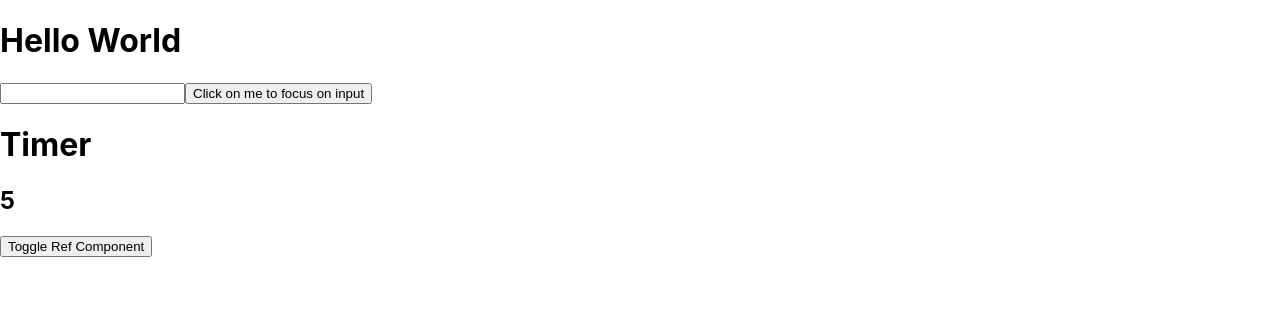
Repository: Aakash20bhatt/LearnReact
Page: / (app in machine-coding/)
An editor plug-in stored every save of this project. The page is shown before and after the next save, followed by the edit.
The browser window is 1280 px wide. The pictures show the whole page.
The project was rebuilt for these pictures with package versions that can differ from the ones it lists, and the page was loaded fresh each time. Also part of the build but not shown: machine-coding/src/App.css.

Above is the page before, as saved 2024-09-22 17:47:32.

After the next save:
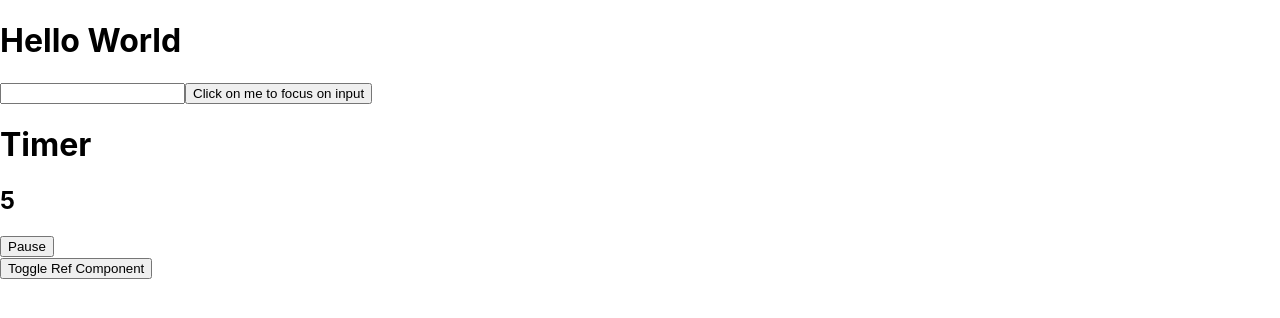
Saved 70 s later.
--- a/machine-coding/src/components/Ref.jsx
+++ b/machine-coding/src/components/Ref.jsx
@@ -19,17 +19,22 @@ export default function Ref(){
 
     const [seconds, setSeconds] = useState(0);
     const inputRef = useRef(null);
+    const intervalRef = useRef(null);
     const handleClick = ()=>{
         inputRef.current.focus();
     }
 
+    const handlePause = ()=>{
+        clearInterval(intervalRef.current)
+    }
+
     useEffect(()=>{
-        const interval = setInterval(()=>{
+        intervalRef.current = setInterval(()=>{
             setSeconds((prevSeconds)=>prevSeconds+1)
         },1000)
 
         return  ()=> {
-            clearInterval(interval)
+            clearInterval(intervalRef.current)
         }
     })
     return(
@@ -39,6 +44,7 @@ export default function Ref(){
             <div>
                 <h1>Timer</h1>
                 <h2>{seconds}</h2>
+                <button onClick={handlePause}>Pause</button>
             </div>
         </div>
     )
